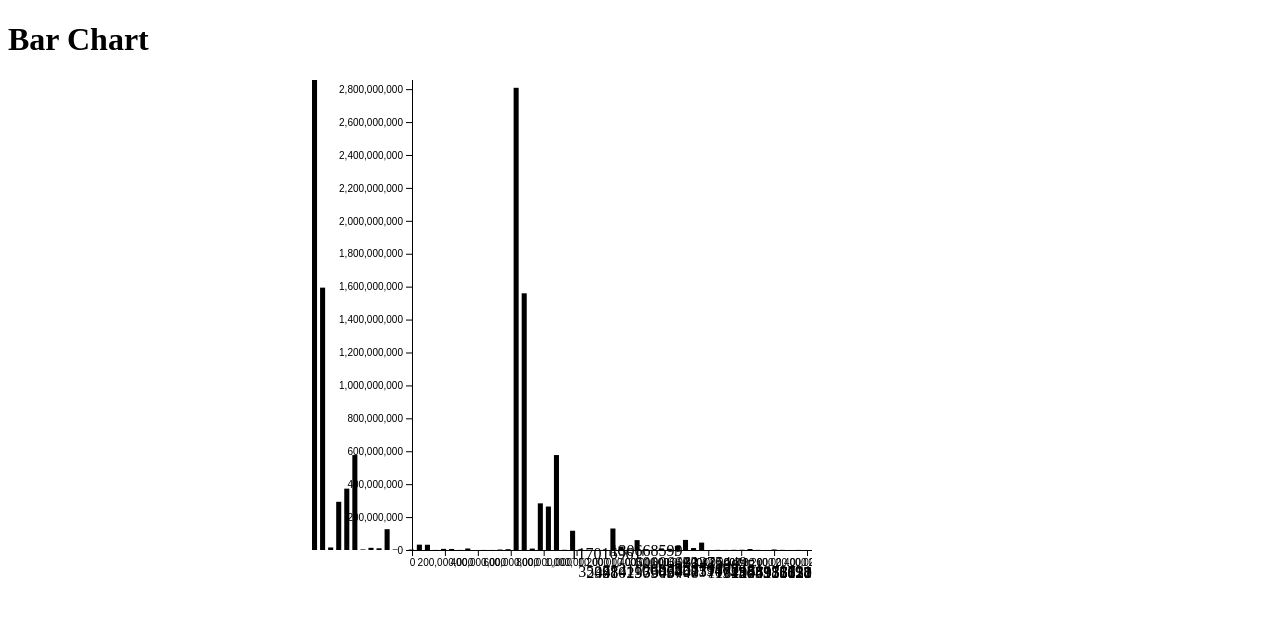
Repository: komalharjani/d3js-visualisation
Page: index.html
An editor plug-in stored every save of this project. The page is shown before and after the next save, followed by the edit.
The browser window is 1280 px wide. The pictures show the whole page.

Above is the page before, as saved 2020-04-29 18:18:49.

After the next save:
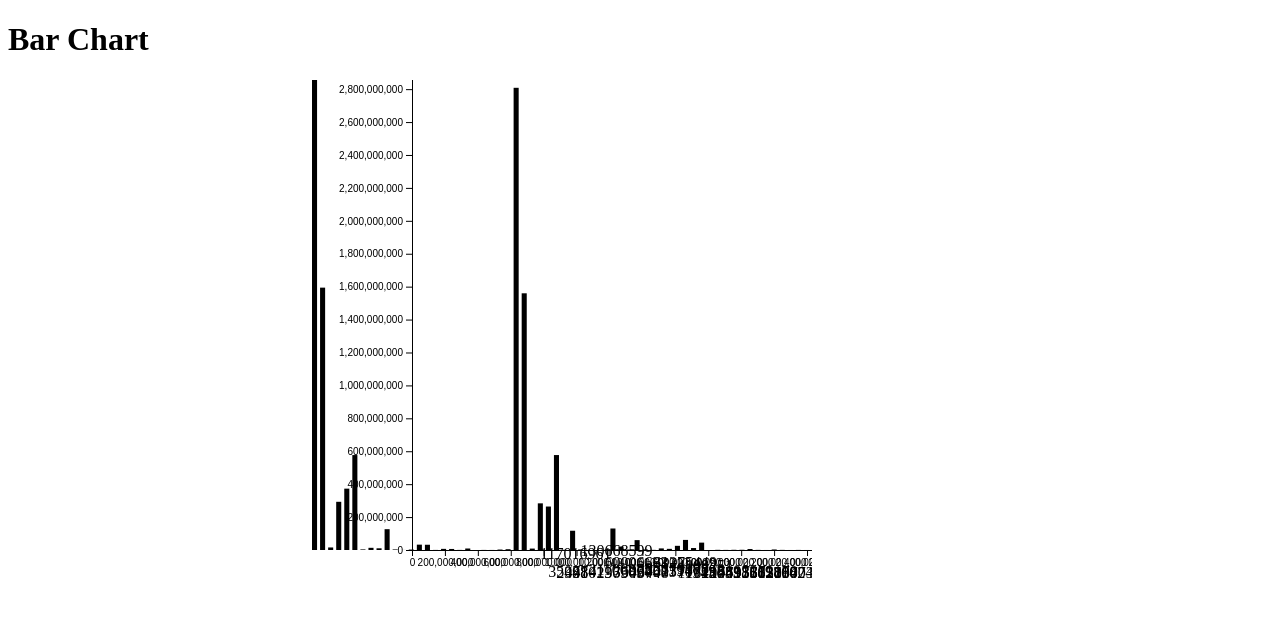
Saved 15 s later.
--- a/index.js
+++ b/index.js
@@ -96,7 +96,7 @@ d3.csv(dataPath)
                                 return height - xscale(d.amount) - 2;
                         })
                         .attr("x", function (d, i) {
-                                return barwidth * i;
+                                return barwidth * i - 30;
                         })
 
         });
